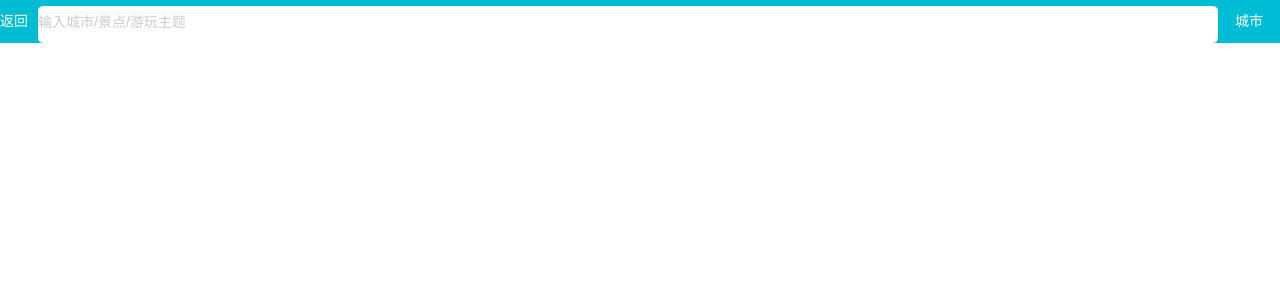
Repository: ruanjiangongcheng250/travel
Page: /
An editor plug-in stored every save of this project. The page is shown before and after the next save, followed by the edit.
The browser window is 1280 px wide. The pictures show the whole page.
The project was rebuilt for these pictures with package versions that can differ from the ones it lists, and the page was loaded fresh each time. Also part of the build but not shown: src/assets/styles/border.css.

Above is the page before, as saved 2019-06-12 10:42:40.

### index.html
<!DOCTYPE html>
<html>
  <head>
    <meta charset="utf-8">
    <meta name="viewport" content="width=device-width,initial-scale=1.0,minimum-scale=1.0,maximum-sacle=1.0,user-scalable=no">
    <title>travel</title>
  </head>
  <body>
    <div id="app"></div>
    <!-- built files will be auto injected -->
  </body>
</html>

### src/main.js
// The Vue build version to load with the `import` command
// (runtime-only or standalone) has been set in webpack.base.conf with an alias.
import Vue from 'vue'
import App from './App'
import router from './router'
import './assets/styles/reset.css'
import './assets/styles/border.css'
Vue.config.productionTip = false

/* eslint-disable no-new */
new Vue({
  el: '#app',
  router,
  components: { App },
  template: '<App/>'
})

### src/pages/home/Home.vue
<template>
   <home-header></home-header>
</template>

<script>
import HomeHeader from './components/HomeHeader'
export default {
  name: 'Home',
  components: {
    HomeHeader
  }
}
</script>

<style>

</style>

### src/pages/home/components/HomeHeader.vue
<template>
  <div class="header">
    <div class="header-left">返回</div>
    <div class="header-input">输入城市/景点/游玩主题</div>
    <div class="header-right">城市</div>
  </div>
</template>

<script>
export default {
  name: 'HomeHeader'
}
</script>

<style lang='stylus' scoped>
  .header
    display: flex;
    line-height: 0.86rem;
    background: #00bcd4;
    color: #fff;
    .header-left
      width: .64rem;
      float: left;
    .header-input
      flex: 1;
      line-height: .64rem;
      margin-left: .12rem;
      background: #fff;
      border-radius: .1rem;
      margin-top: .12rem;
      color: #ccc;
    .header-right
      width: 1.24rem;
      float: right;
      text-align: center;
</style>

Loaded but not shown: src/App.vue (common file); src/router/index.js (common file); src/assets/styles/reset.css (common file)

After the next save:
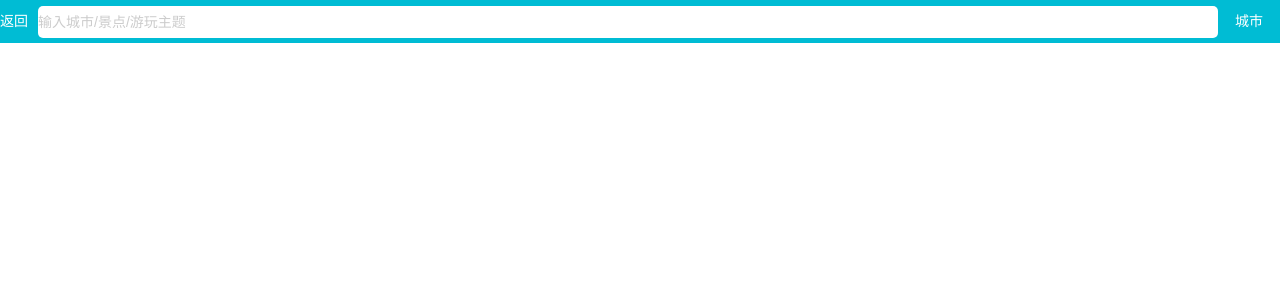
Saved 63 s later.
--- a/src/pages/home/components/HomeHeader.vue
+++ b/src/pages/home/components/HomeHeader.vue
@@ -23,6 +23,7 @@ export default {
       float: left;
     .header-input
       flex: 1;
+      height:.64rem;
       line-height: .64rem;
       margin-left: .12rem;
       background: #fff;
